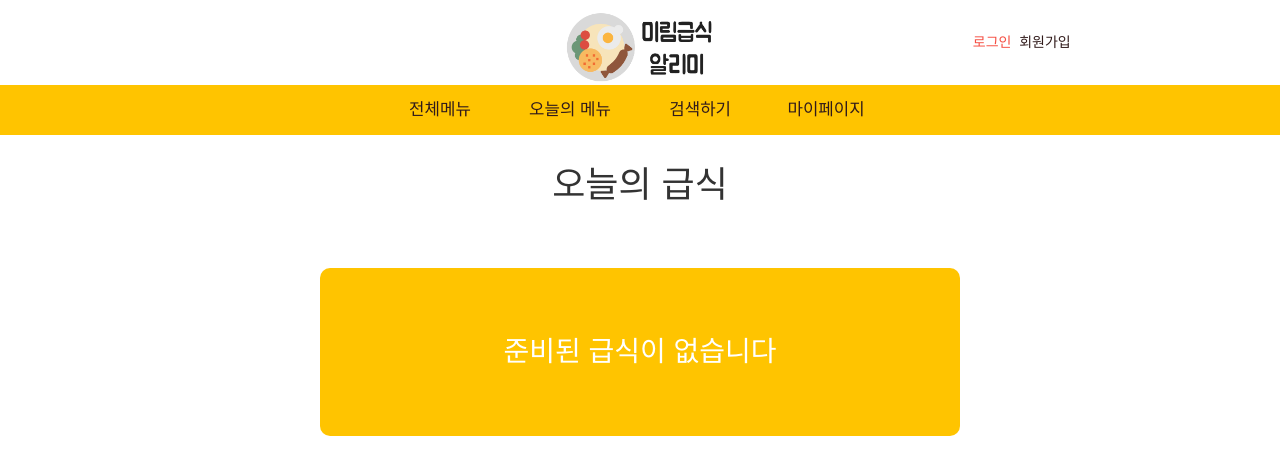
Repository: juujuu201/MirimMenuProj
Page: http://localhost/jspMenuProj/todayMenu.jsp
These files come from the project's save history. The page is drawn as it stood at one moment and after the next save; the edit follows.
The browser window is 1280 px wide. The pictures show the whole page.
Some web fonts or font styles are not loaded; a fallback is used. The page is served by Tomcat 9. Queries for data that is not in the repository find no rows.

Above is the page before, as saved 2019-09-21 12:50:58.

After the next save:
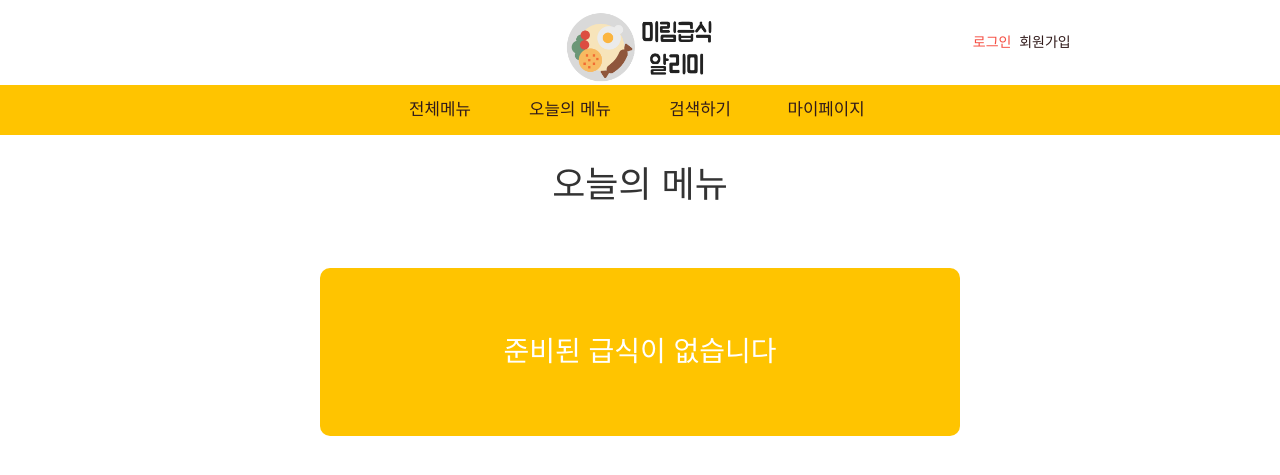
Saved 27 s later.
--- a/jspMenuProj/WebContent/todayMenu.jsp
+++ b/jspMenuProj/WebContent/todayMenu.jsp
@@ -9,7 +9,7 @@
   <link rel="stylesheet" href="https://maxcdn.bootstrapcdn.com/bootstrap/3.4.0/css/bootstrap.min.css">
   <script src="https://ajax.googleapis.com/ajax/libs/jquery/3.4.1/jquery.min.js"></script>
   <script src="https://maxcdn.bootstrapcdn.com/bootstrap/3.4.0/js/bootstrap.min.js"></script>
-<title>미급알</title>
+<title>미급알 : 오늘의 메뉴</title>
 <!--
 <link rel="shortcut icon" href="img/logo.png">
 <link rel="apple-touch-icon" href="img/logo_apple.png">
@@ -45,7 +45,7 @@
 		<td>
 			<div id="box" align="center">
 				<p></p>
-	    		<h1>오늘의 급식</h1>
+	    		<h1>오늘의 메뉴</h1>
 	    		<p></p>
 				<%
 					//db연결
